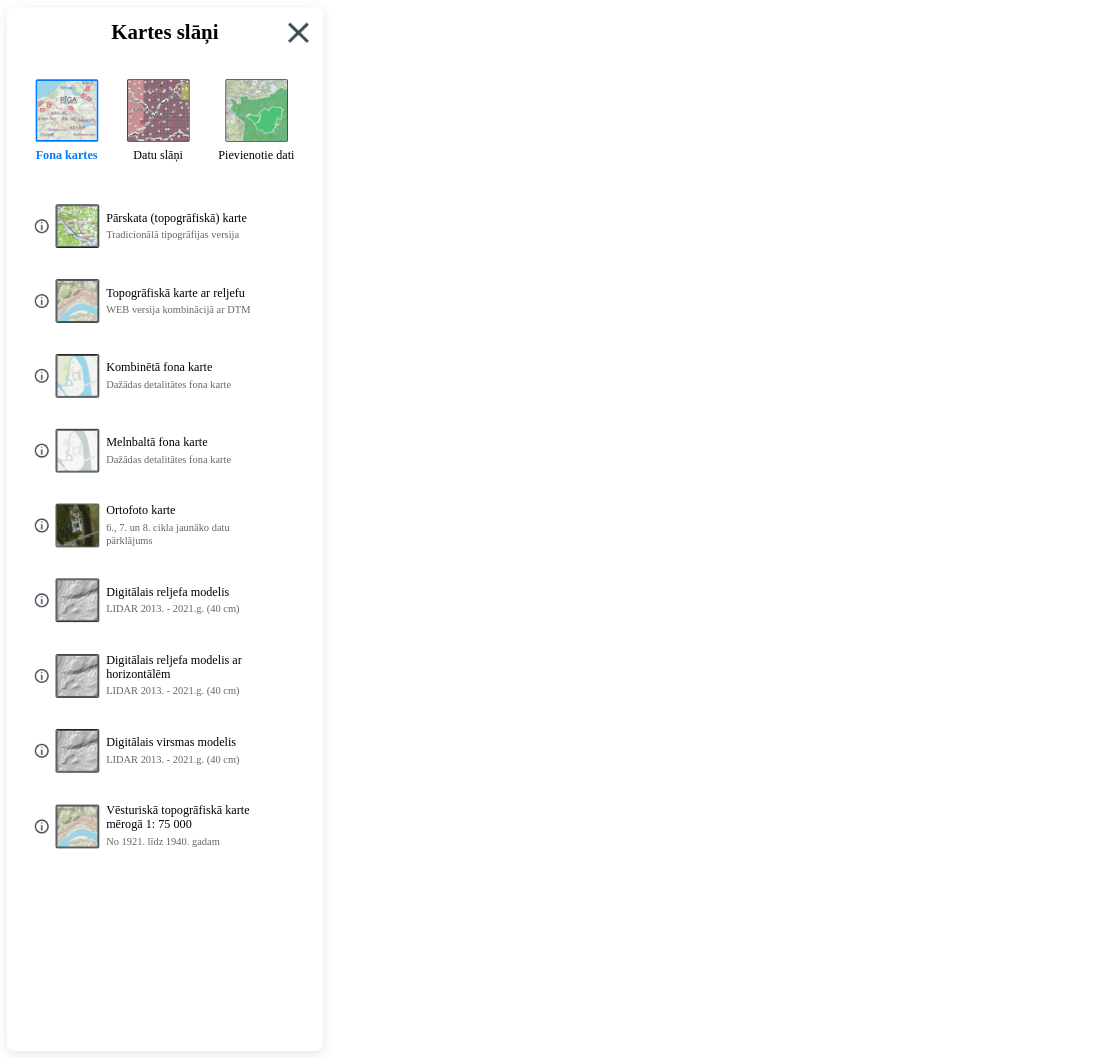
Repository: Kringelis/KP_kar-usl-i
Page: /
An editor plug-in stored every save of this project. The page is shown before and after the next save, followed by the edit.
The browser window is 1280 px wide. The pictures show the whole page, at 87% of full size.
The project was rebuilt for these pictures with package versions that can differ from the ones it lists, and the page was loaded fresh each time. Also part of the build but not shown: src/components/DatuSlani.scss, src/components/DatuSlani.jsx, src/components/PievienotieDati.scss, src/components/PievienotieDati.jsx, src/App.scss.

Above is the page before, as saved 2024-06-03 13:01:24.

After the next save:
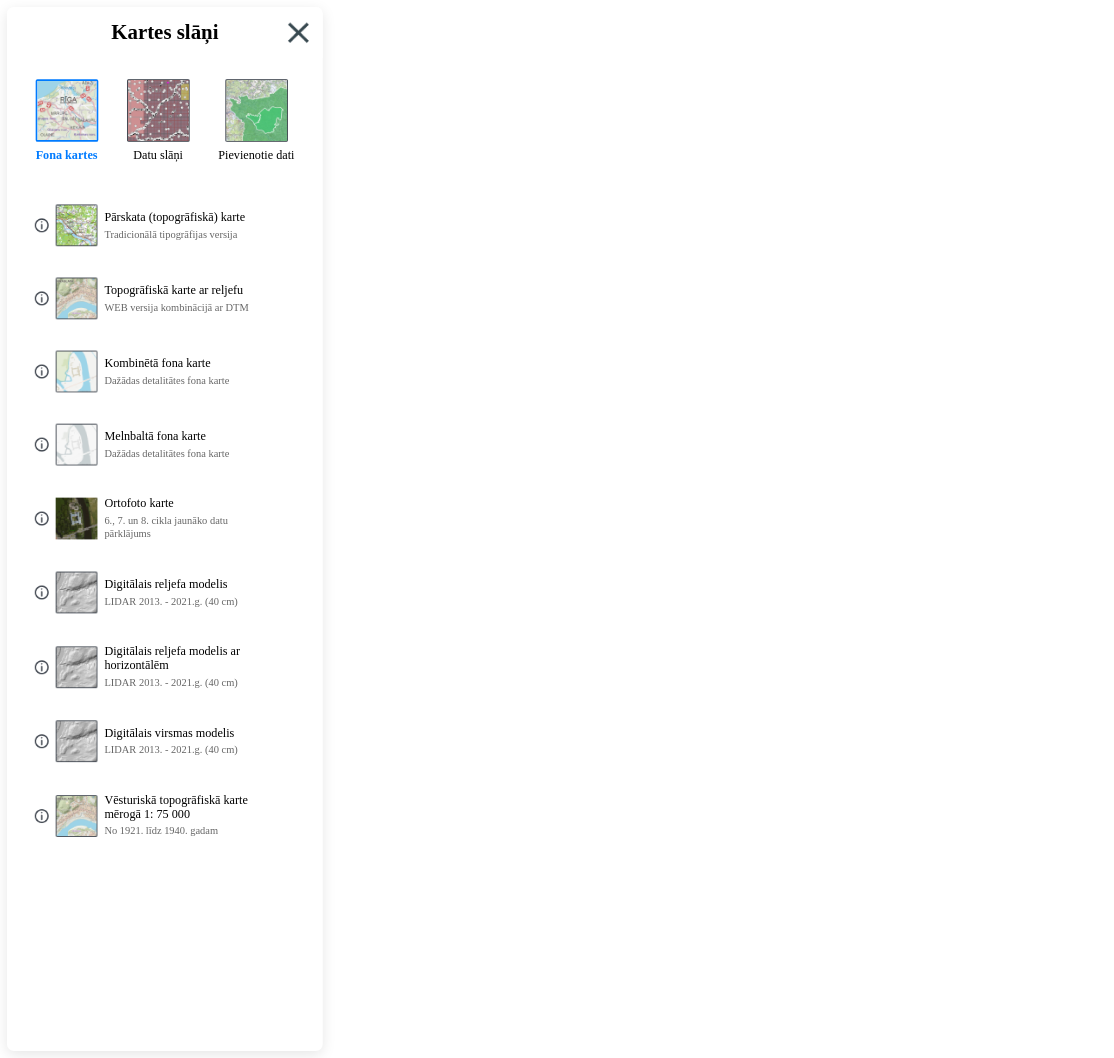
Saved 40 s later.
--- a/src/components/FonaKartes.scss
+++ b/src/components/FonaKartes.scss
@@ -43,7 +43,7 @@
     .item-square {
       width: 48px;
       height: 48px;
-      border: 1px solid #000;
+      //border: 1px solid #000;
       border-radius: 3%;
       display: flex;
       align-items: center;

After the save that followed:
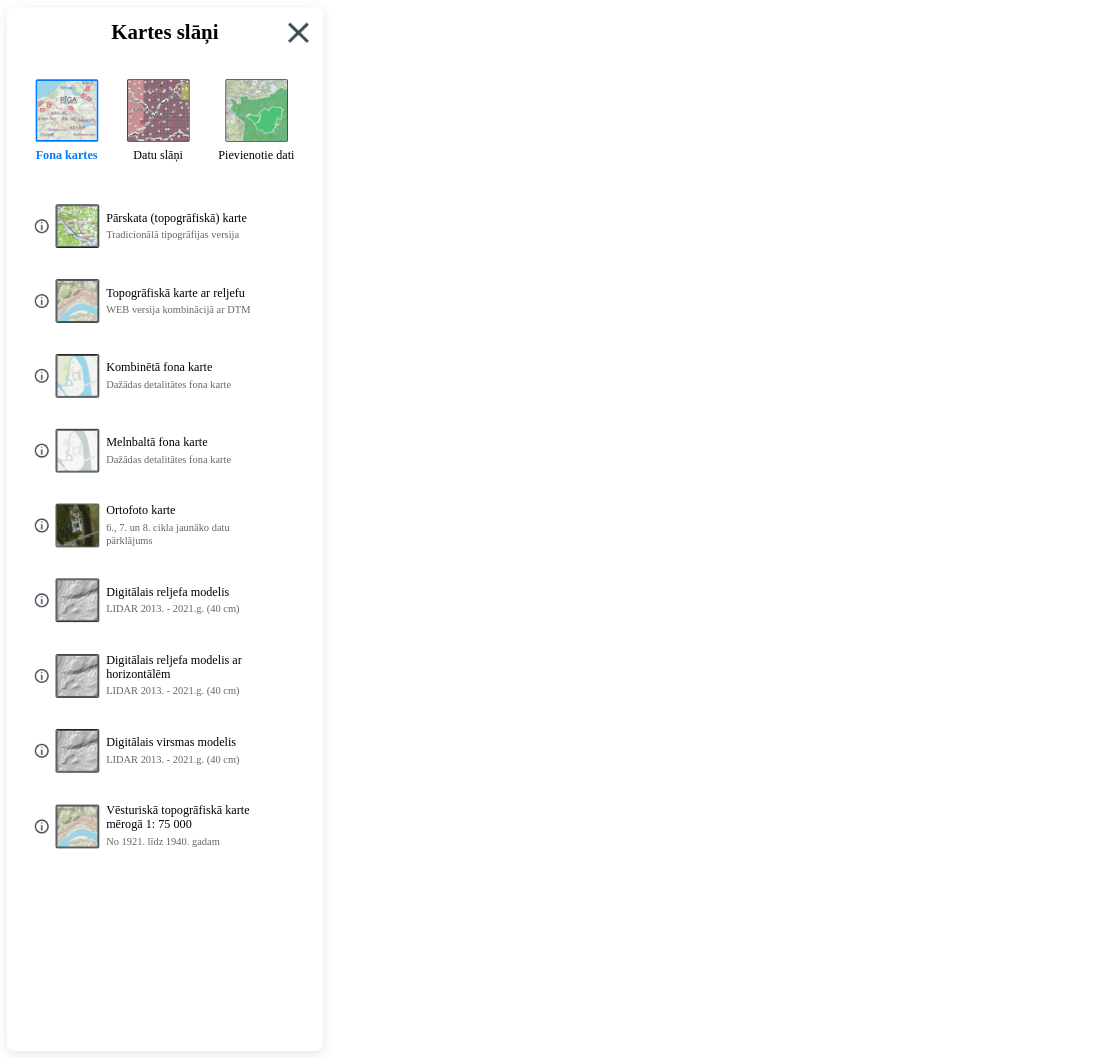
Saved 9 s later.
--- a/src/components/FonaKartes.scss
+++ b/src/components/FonaKartes.scss
@@ -43,7 +43,7 @@
     .item-square {
       width: 48px;
       height: 48px;
-      //border: 1px solid #000;
+      border: 1px solid #000;
       border-radius: 3%;
       display: flex;
       align-items: center;
